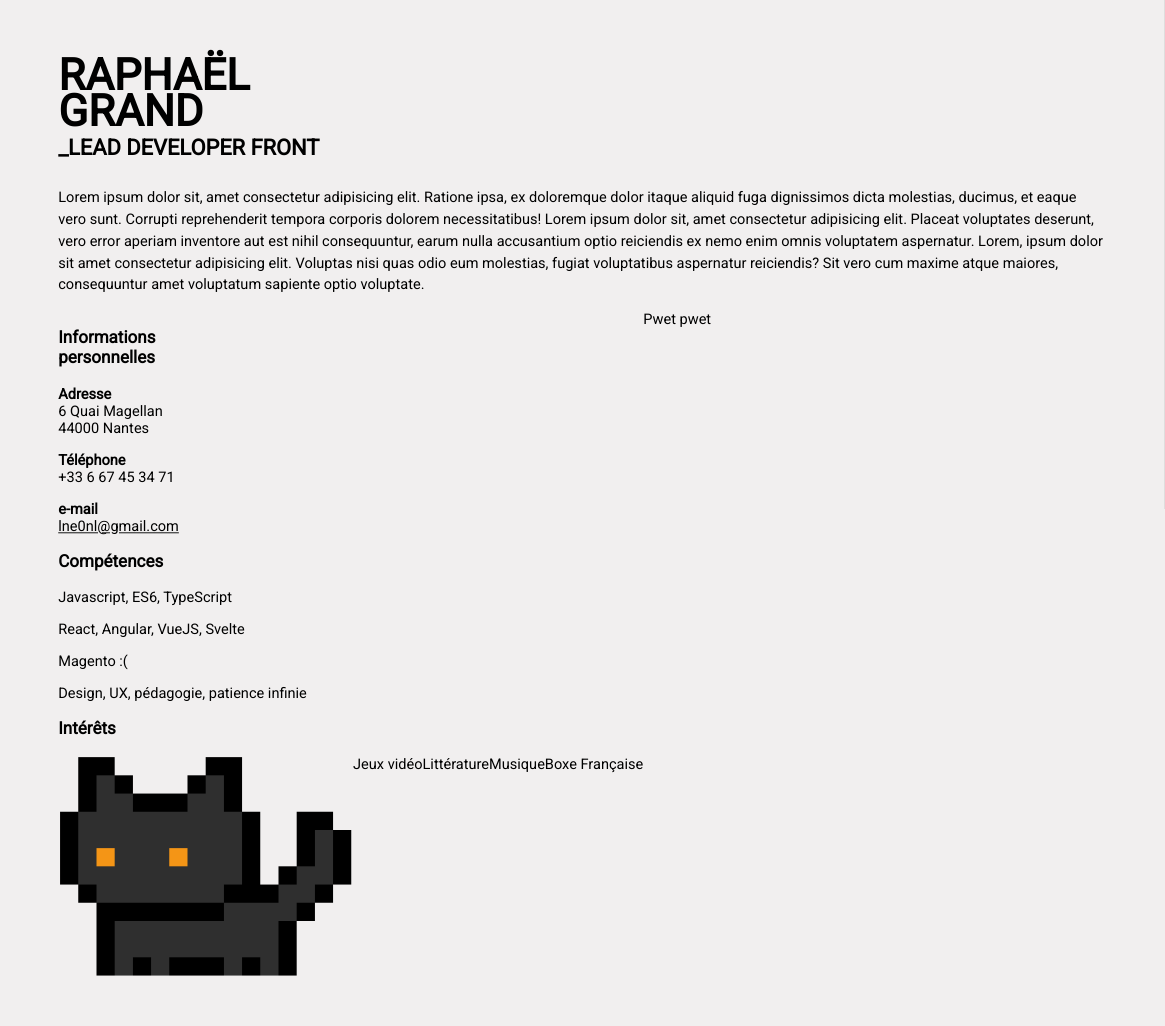
Repository: lne0nl/resume
Page: index.html
These files come from the project's save history. The page is drawn as it stood at one moment and after the next save; the edit follows.
The browser window is 1280 px wide. The pictures show the whole page, at 91% of full size.

Above is the page before, as saved 2021-12-10 10:33:02.

After the next save:
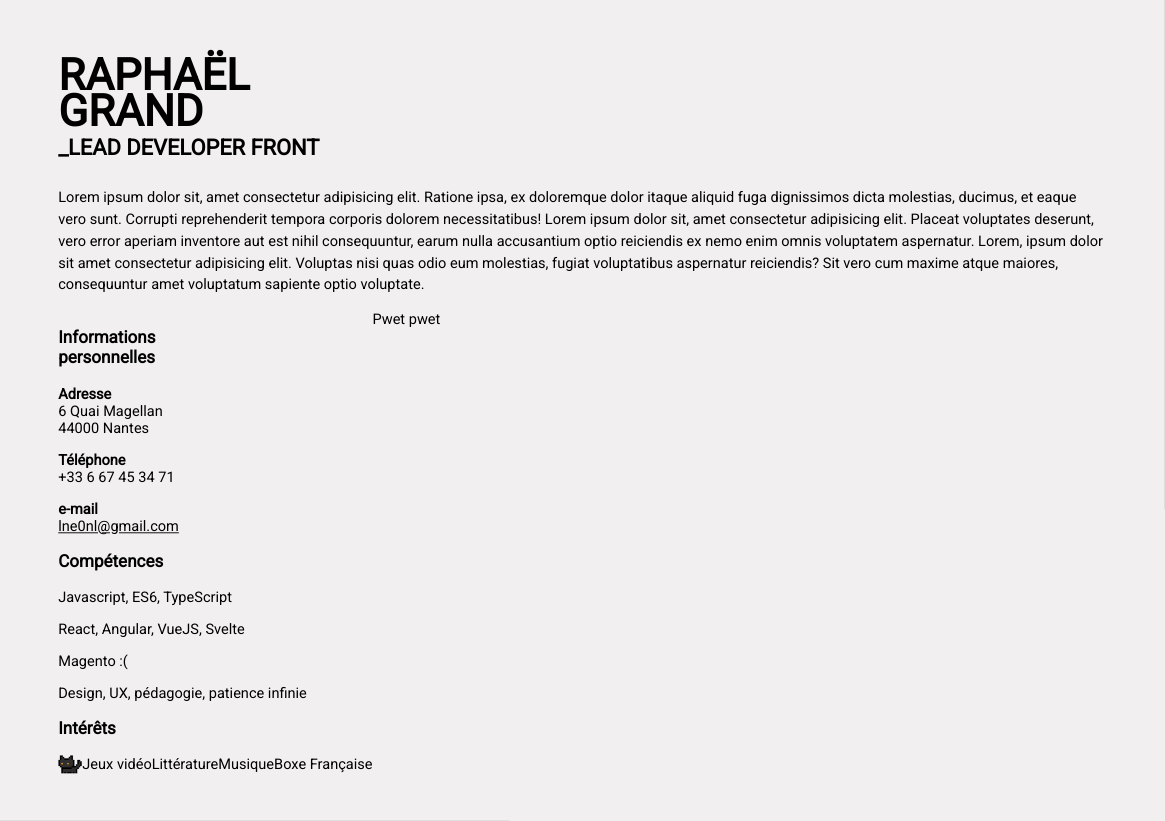
Saved 4 s later.
--- a/style.css
+++ b/style.css
@@ -65,5 +65,5 @@ li {
 }
 
 .interests img {
-  height:
+  height: 20px;
 }
